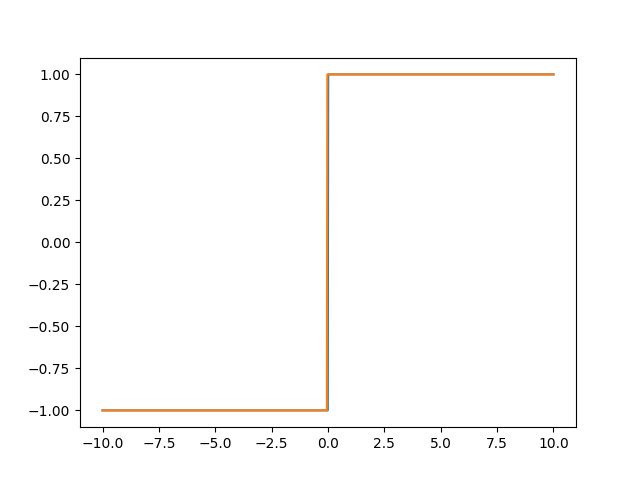
Repository: oomcth/Gradient-smoothing
Script's output: python test.py
These files come from the project's save history. The script's output is drawn as it stood at one moment and after the next save; the edit follows.
Random numbers start from a fixed seed.

Above is the script's output before, as saved 2025-11-21 16:11:59.

After the next save:
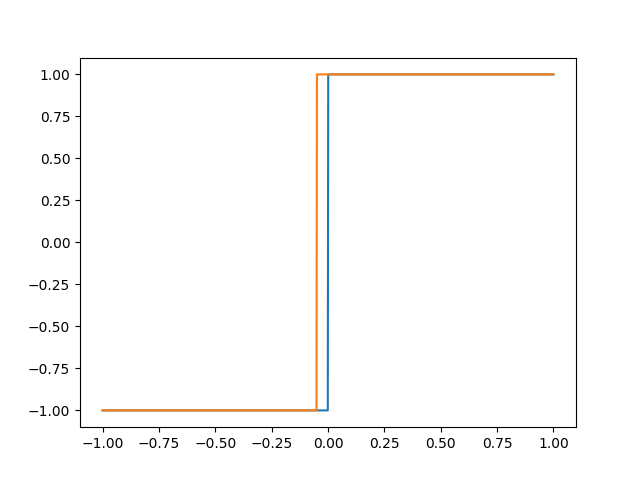
Saved 7 s later.
--- a/test.py
+++ b/test.py
@@ -12,7 +12,7 @@ def smoothed_coulomb_friction(x, t):
 
 
 def visualize_coulom(t):
-    x = np.linspace(-10, 10, 1000)
+    x = np.linspace(-1, 1, 1000)
     y1 = np.array([coulomb_friction(l) for l in x])
     y2 = np.array([smoothed_coulomb_friction(l, t) for l in x])
     plt.plot(x, y1)
